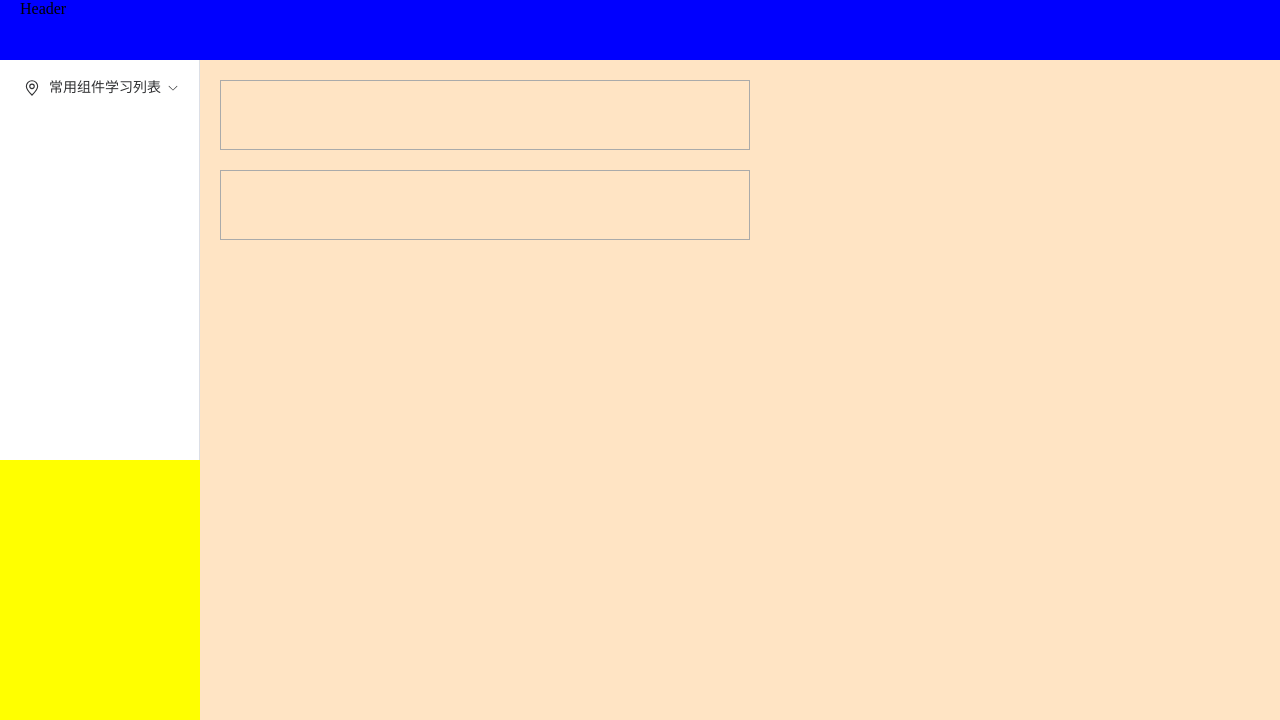
Repository: 553559555/vue3-project
Page: /#/index (app in vue3-app/)
The author's editor kept a copy of each file at every save. The page is drawn from the files as they stood at one save, then again after the next save.
The browser window is 1280 px wide. The pictures show the whole page.
The project was rebuilt for these pictures with package versions that can differ from the ones it lists, and the page was loaded fresh each time. Also part of the build but not shown: vue3-app/vite.config.ts.

Above is the page before, as saved 2025-03-24 10:35:14.

After the next save:
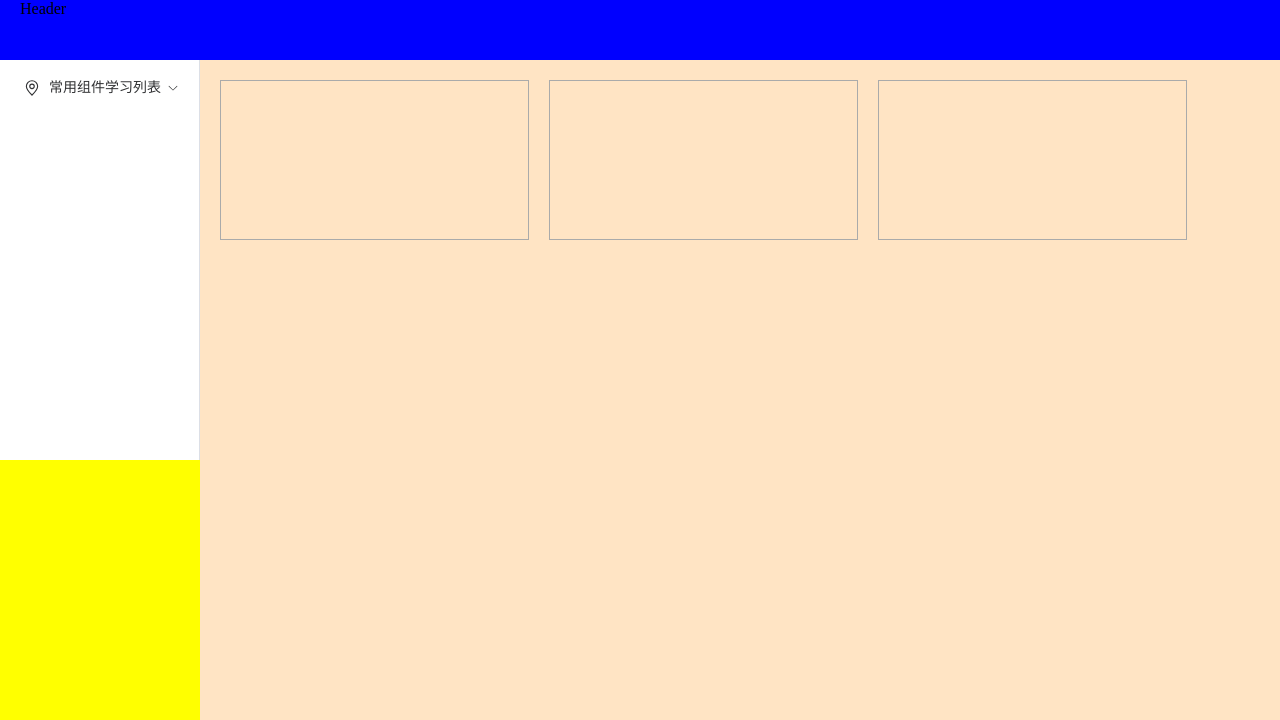
Saved 67 s later.
--- a/vue3-app/src/views/Home.vue
+++ b/vue3-app/src/views/Home.vue
@@ -1,10 +1,13 @@
 <template>
   <div class="home-container">
     <el-row class="row">
-      <el-col :span="12">
+      <el-col :span="7">
         <div class="grid-content ep-bg-purple-dark" />
       </el-col>
-      <el-col :span="12">
+      <el-col :span="7">
+        <div class="grid-content ep-bg-purple-dark" />
+      </el-col>
+      <el-col :span="7">
         <div class="grid-content ep-bg-purple-dark" />
       </el-col>
     </el-row>
